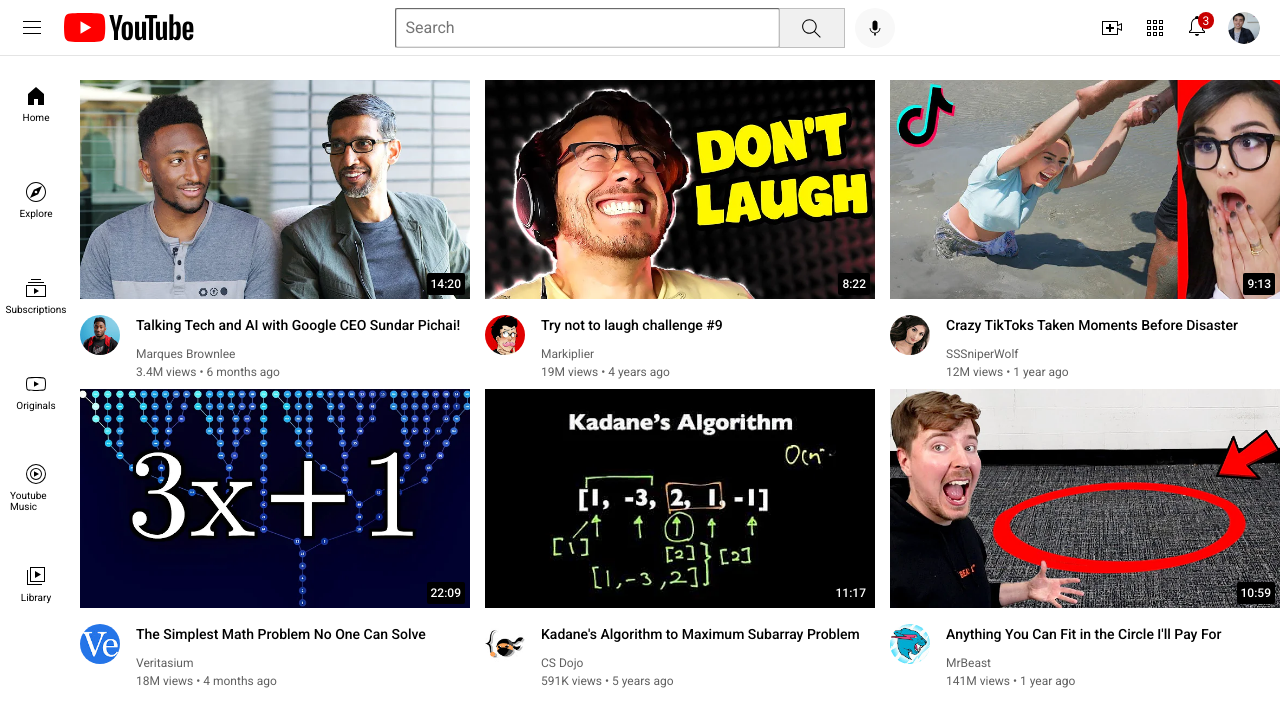
Repository: idahcarts-ux/html-css
Page: youtube.html
These files come from the project's save history. The page is drawn as it stood at one moment and after the next save; the edit follows.
The browser window is 1280 px wide. The pictures show the whole page.

Above is the page before, as saved 2025-11-20 21:18:29.

After the next save:
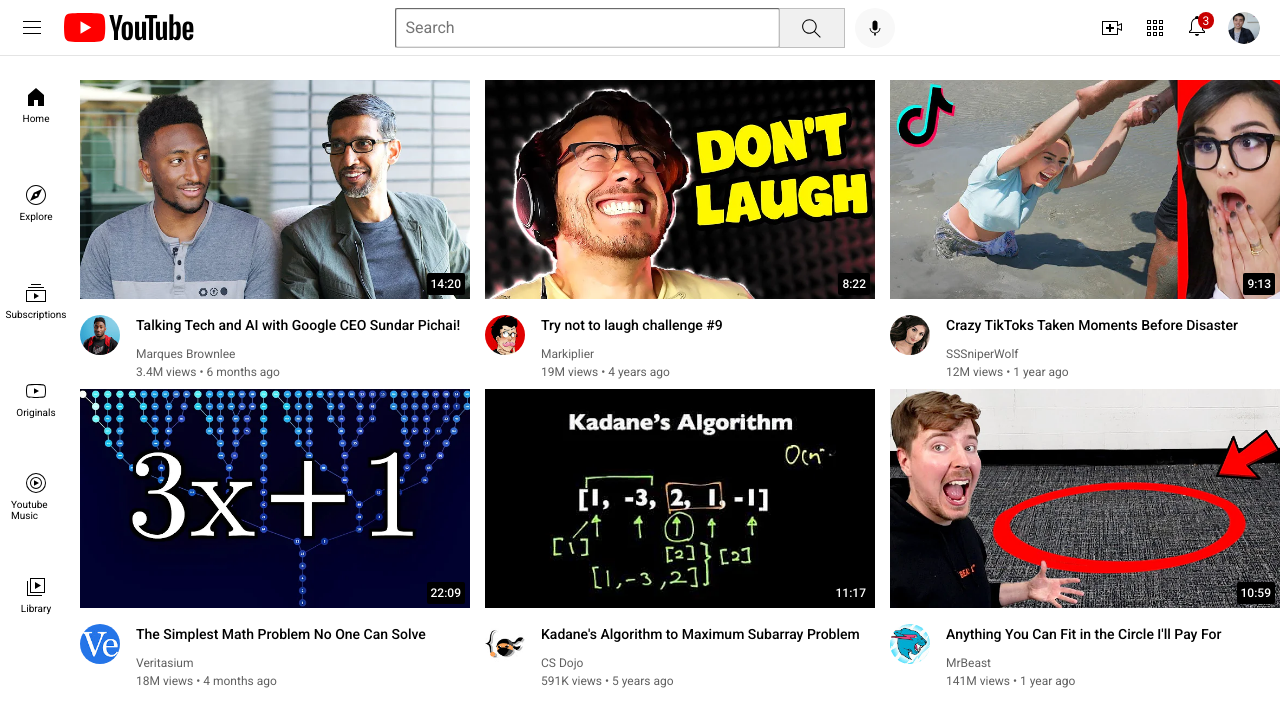
Saved 8 s later.
--- a/styles/sidebar.css
+++ b/styles/sidebar.css
@@ -13,7 +13,7 @@
   justify-content: center;
   align-items: center;
   flex-direction: column;
-  padding:10px;
+  padding:11px;
 
 }
 .sidebar-link:hover {
